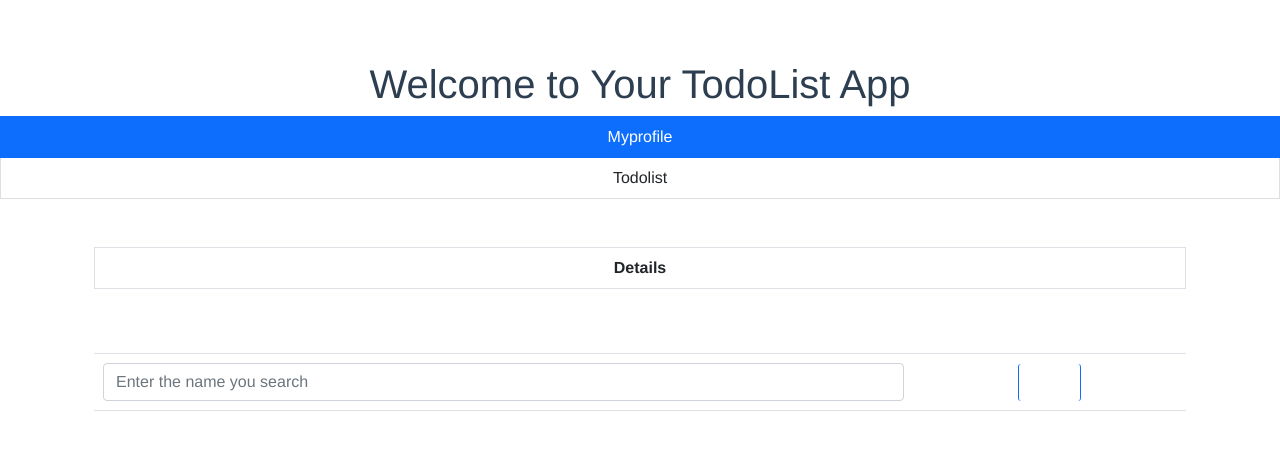
Repository: Shanshan67/todolist
Page: /#/profile
An editor plug-in stored every save of this project. The page is shown before and after the next save, followed by the edit.
The browser window is 1280 px wide. The pictures show the whole page.
The project was rebuilt for these pictures with package versions that can differ from the ones it lists, and the page was loaded fresh each time. Also part of the build but not shown: src/components/Todolist.vue.

Above is the page before, as saved 2022-07-16 00:29:44.

### index.html
<!DOCTYPE html>
<html>
  <head>
    <meta charset="utf-8">
    <meta name="viewport" content="width=device-width,initial-scale=1.0">
    <title>baoge</title>
  </head>
  <body>
    <div id="app"></div>
    <!-- built files will be auto injected -->
  </body>
</html>

### src/main.js
// The Vue build version to load with the `import` command
// (runtime-only or standalone) has been set in webpack.base.conf with an alias.
import Vue from 'vue'
import App from './App'
import router from './router'
import store from './store'
import "bootstrap/dist/css/bootstrap.min.css"

Vue.config.productionTip = false

/* eslint-disable no-new */
new Vue({
  el: '#app',
  router,
  store,
  components: { App },
  template: '<App/>'
})

### src/App.vue
<template>
  <div id="app">
    <Dashboard/>
    <div>
      <router-link class="list-group-item" active-class="active" to="/profile">Myprofile</router-link>
      <router-link class="list-group-item" active-class="active" to="/todolist">Todolist</router-link>
    </div>
    <div>
      <router-view/>
    </div>
  </div>
</template>

<script>
import Dashboard from './components/Dashboard.vue';
export default {
    name: "App",
    components: { Dashboard }
}
</script>

<style>
#app {
  font-family: 'Avenir', Helvetica, Arial, sans-serif;
  -webkit-font-smoothing: antialiased;
  -moz-osx-font-smoothing: grayscale;
  text-align: center;
  color: #2c3e50;
  margin-top: 60px;
}
</style>

### src/router/index.js
import Vue from 'vue'
import Router from 'vue-router'
import Dashboard from '@/components/Dashboard'
import Myprofile from '../components/Myprofile'
import Todolist from '../components/Todolist'

Vue.use(Router)

export default new Router({
  routes: [
    {
      path: '/',
      name: 'Dashboard',
      component: Dashboard
    },
    {
			path:'/profile',
			component:Myprofile
		},
		{
			path:'/todolist',
			component:Todolist
		}
  ]
})

### src/store/index.js
import Vue from 'vue'
import Vuex from 'vuex'

Vue.use(Vuex)

//准备actions——用于响应组件中的动作
const actions = {
	jiaOdd(context,value){
		console.log('actions中的jiaOdd被调用了')
		if(context.state.sum % 2){
			context.commit('JIA',value)
		}
	},

}
//准备mutations——用于操作数据（state）
const mutations = {

}
//准备state——用于存储数据
const state = {

}
//准备getters——用于将state中的数据进行加工
const getters = {

}

export default new Vuex.Store({
	actions,
	mutations,
	state,
	getters
})

### src/components/Dashboard.vue
<template>
  <div class="hello">
    <h1>{{ msg }}</h1>
  </div>
</template>

<script>
export default {
  name: 'Dashboard',
  data () {
    return {
      msg: 'Welcome to Your TodoList App'
    }
  }
}
</script>

<!-- Add "scoped" attribute to limit CSS to this component only -->
<style scoped>
h1, h2 {
  font-weight: normal;
}
ul {
  list-style-type: none;
  padding: 0;
}
li {
  display: inline-block;
  margin: 0 10px;
}
a {
  color: #42b983;
}
</style>

### src/components/Myprofile.vue
<template>
	<div class="container">
		<List/>
		<Search/>
	</div>
</template>

<script>
	import Search from './Search'
	import List from './List'
	export default {
		name:'Myprofile',
		components:{Search,List}
	}
</script>

### src/components/Search.vue
<template>
	<div class="container">
		<div class="row">
			<div class="col-12">
				<table class="table table-bordered mt-5">
					<tfoot>
						<td class="align-middle text-center w-75">
							<div class="form-group">
								<input
									type="text"
									class="form-control"
									placeholder="Enter the name you search"
									v-model="todoItem.name"
								/>
							</div>
						</td>
						<td class="align-middle text-center w-75">
							<button
								class="btn btn-primary btn-sm mx-1"
								@click="handleSearch"
							>
								Search
							</button>
						</td>
					</tfoot>
				</table>
			</div>
		</div>
	</div>
</template>
<script>
    import {mapState,mapGetters,mapMutations,mapActions} from 'vuex'
	import Axios from "axios";
	const todoUrl = "http://localhost:3000/todos";
	export default {
		name:'Myprofile',
		data() {
			return {
				todoList:[],
				todoItem:{},
				editMode:false
			}
		},
		methods: {
			handleEdit(id){
				this.editMode=true;
				this.todoItem=this.todoList.find((item) => item.id == id);
			},
			handleCancel() {
				this.editMode=false;
				this.todoItem="";
			},
			async handleToDoItem(){
				const id=this.todoItem.id;
				if(this.editMode){
					await Axios.put(`${todoUrl}/${id}`, this.todoItem);
					this.editMode=false;
					this.todoItem.name="";
				}else{
					await Axios.post(todoUrl, this.todoItem);
					this.todoItem.name = "";
				}
				Axios.get(todoUrl).then((response) => (this.todoList = response.data));
			},
			async handleDelete(id) {
				await Axios.delete(`${todoUrl}/${id}`);
				Axios.get(todoUrl).then((response) => (this.todoList = response.data));
			}
		}
	}
</script>

### src/components/List.vue
<template>
	<div class="container">
		<div class="row">
			<div class="col-12">
				<table class="table table-bordered mt-5">
					<thead>
						<tr>
							<th>Details</th>
						</tr>
					</thead>
					<tbody v-for="user in users" :key="user.id">
						<tr>
							{{user.server_id}}
						</tr>
                        <tr>
							{{user.description}}
						</tr>
                        <tr>
							{{user.currency}}
						</tr>
                        <tr>
							{{user.type}}
						</tr>
                        <tr>
							{{user.digits}}
						</tr>
                        <tr>
							{{user.trade}}
						</tr>
                        <tr>
							{{user.swap_long}}
						</tr>
                        <tr>
							{{user.swap_short}}
						</tr>
                        <tr>
							{{user.contract_size}}
						</tr>
					</tbody>
				</table>
			</div>
		</div>
	</div>
</template>

<script>
    import {mapState,mapGetters,mapMutations,mapActions} from 'vuex'
	import Axios from "axios";
	const todoUrl = "http://localhost:3000/todos";
	export default {
		name:'Myprofile',
		data() {
			return {
				todoList:[],
				todoItem:{},
				editMode:false
			}
		},
		methods: {
			handleEdit(id){
				this.editMode=true;
				this.todoItem=this.todoList.find((item) => item.id == id);
			},
			handleCancel() {
				this.editMode=false;
				this.todoItem="";
			},
			async handleToDoItem(){
				const id=this.todoItem.id;
				if(this.editMode){
					await Axios.put(`${todoUrl}/${id}`, this.todoItem);
					this.editMode=false;
					this.todoItem.name="";
				}else{
					await Axios.post(todoUrl, this.todoItem);
					this.todoItem.name = "";
				}
				Axios.get(todoUrl).then((response) => (this.todoList = response.data));
			},
			async handleDelete(id) {
				await Axios.delete(`${todoUrl}/${id}`);
				Axios.get(todoUrl).then((response) => (this.todoList = response.data));
			}
		}
	}
</script>

After the next save:
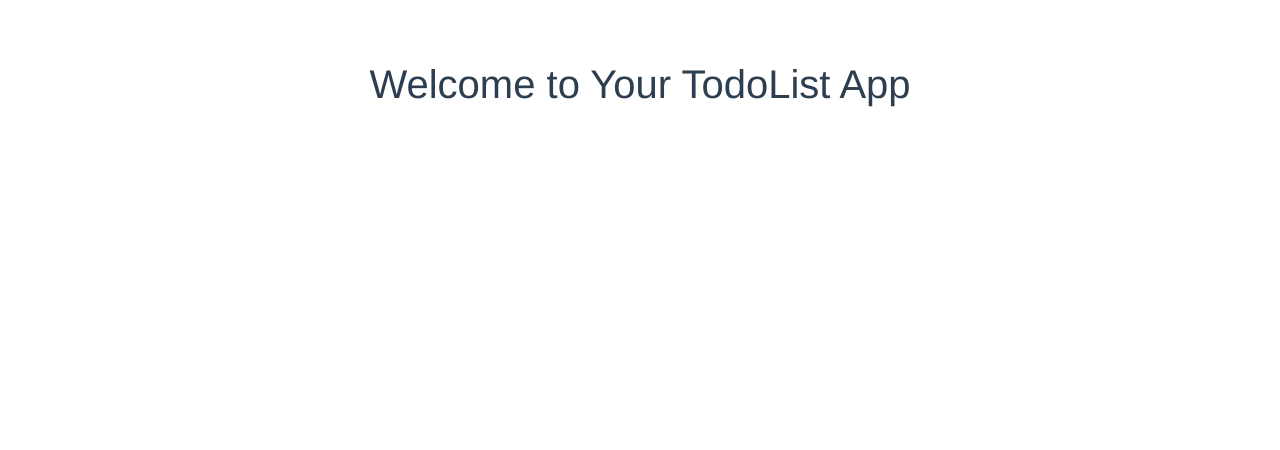
Saved 2 min 55 s later.
--- a/src/App.vue
+++ b/src/App.vue
@@ -1,13 +1,14 @@
 <template>
   <div id="app">
-    <Dashboard/>
-    <div>
-      <router-link class="list-group-item" active-class="active" to="/profile">Myprofile</router-link>
-      <router-link class="list-group-item" active-class="active" to="/todolist">Todolist</router-link>
-    </div>
-    <div>
-      <router-view/>
-    </div>
+    <Dashboard>
+      <div>
+        <router-link class="list-group-item" active-class="active" to="/profile">Myprofile</router-link>
+        <router-link class="list-group-item" active-class="active" to="/todolist">Todolist</router-link>
+      </div>
+      <div>
+        <router-view/>
+      </div>
+    </Dashboard>
   </div>
 </template>
 

After the save that followed:
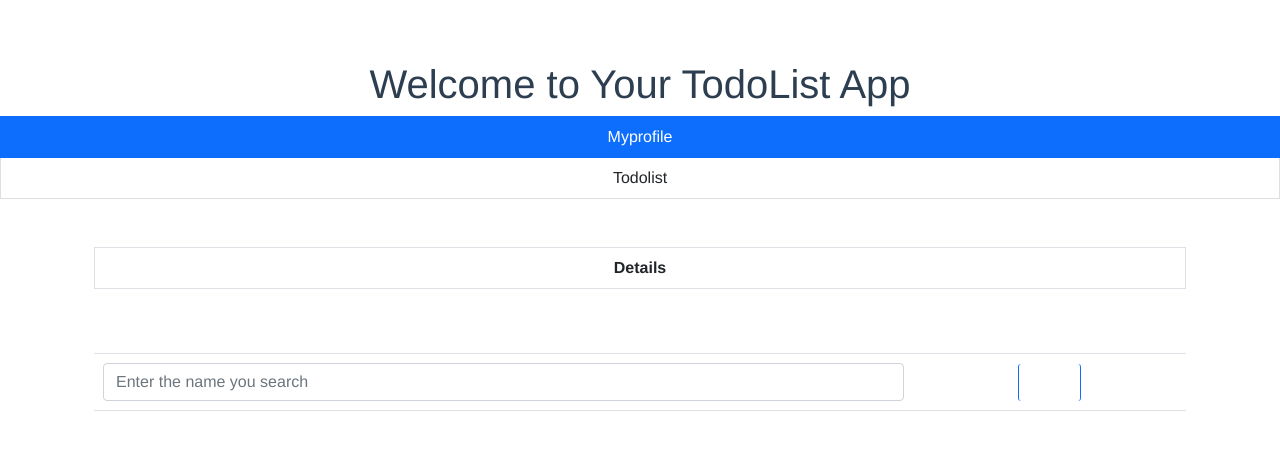
Saved 18 s later.
--- a/src/App.vue
+++ b/src/App.vue
@@ -1,14 +1,13 @@
 <template>
   <div id="app">
-    <Dashboard>
-      <div>
-        <router-link class="list-group-item" active-class="active" to="/profile">Myprofile</router-link>
-        <router-link class="list-group-item" active-class="active" to="/todolist">Todolist</router-link>
-      </div>
-      <div>
-        <router-view/>
-      </div>
-    </Dashboard>
+    <Dashboard/>
+    <div>
+      <router-link class="list-group-item" active-class="active" to="/profile">Myprofile</router-link>
+      <router-link class="list-group-item" active-class="active" to="/todolist">Todolist</router-link>
+    </div>
+    <div>
+      <router-view/>
+    </div>
   </div>
 </template>
 
